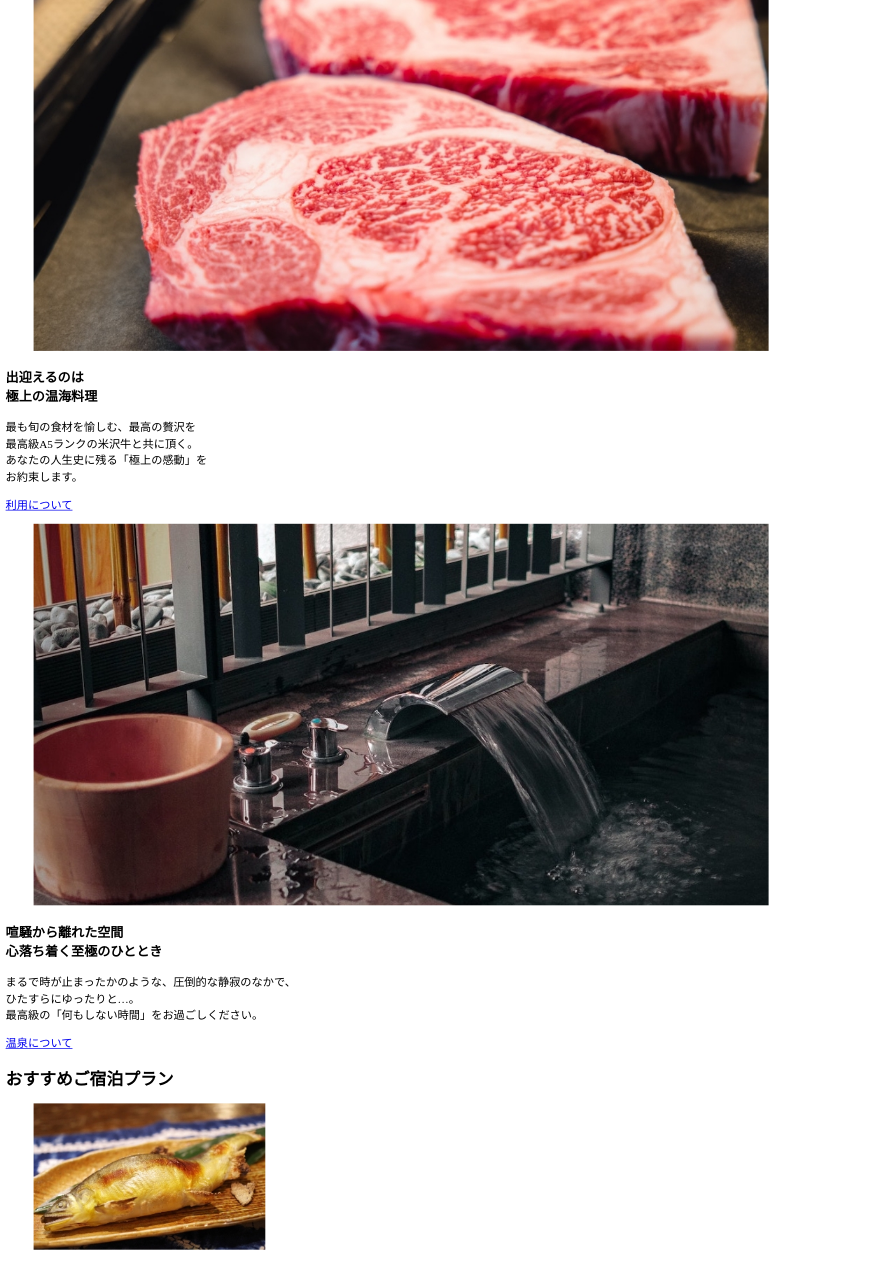
Repository: yuukiyokoyama/compex1
Page: index.html
The author's editor kept a copy of each file at every save. The page is drawn from the files as they stood at one save, then again after the next save.
The browser window is 1280 px wide. The pictures show the part of the page from y = 1836 to 3756 px (the page is 3641 px tall before and 3756 px after), at 70% of full size.

Above is the page before, as saved 2021-09-17 00:41:44.

After the next save:
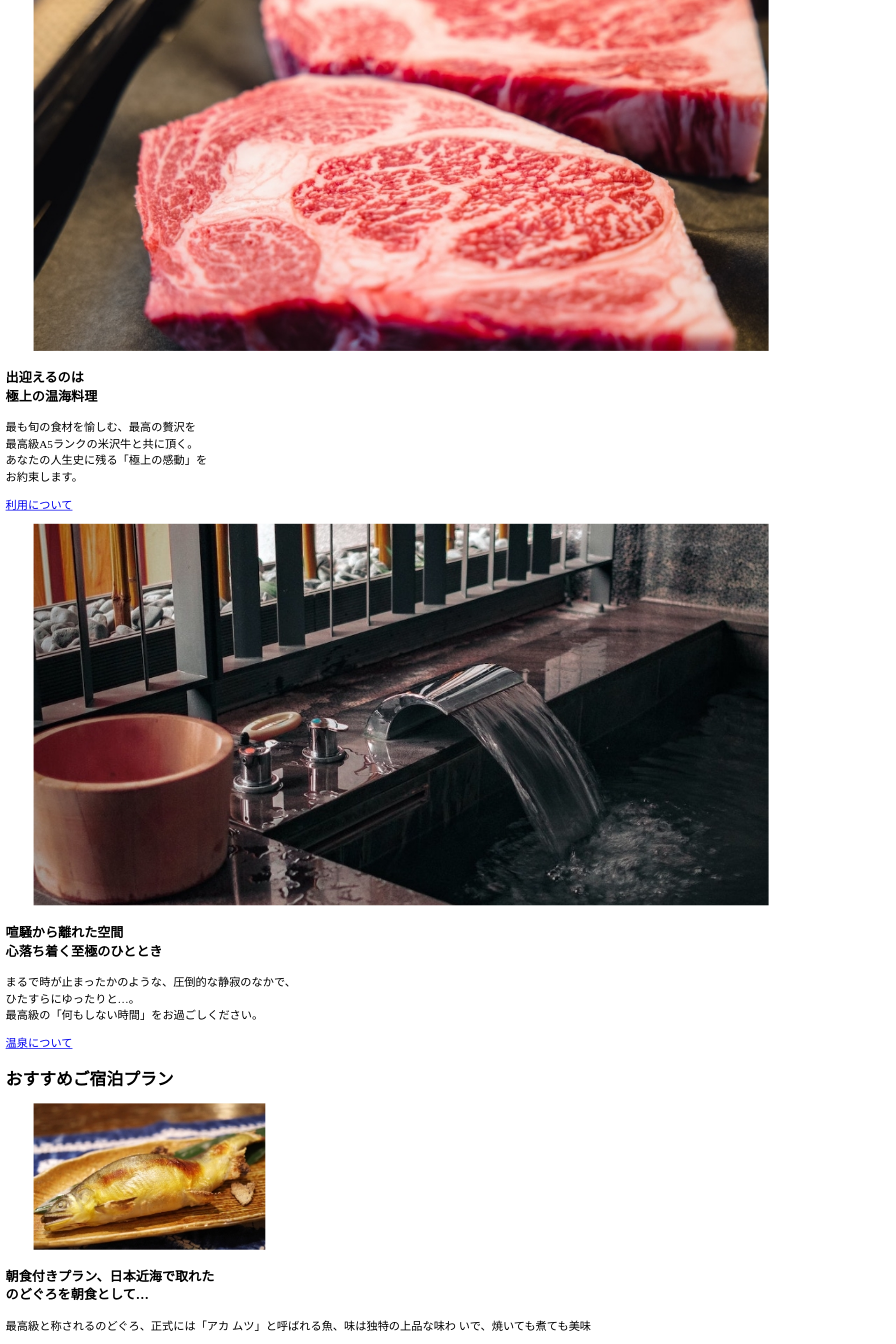
Saved 19 min 47 s later.
--- a/index.html
+++ b/index.html
@@ -242,6 +242,20 @@
                 >
                   <img src="images/recommended01.jpg" alt="朝食付きプラン" />
                 </figure>
+                <div
+                  class="lodging-plan__body aos-init"
+                  data-aos="fade-up"
+                  data-aos-duration="2000"
+                >
+                  <h3 class="lodging-plan__title">
+                    朝食付きプラン、日本近海で取れた<br />
+                    のどぐろを朝食として…
+                  </h3>
+                  <p class="lodging-plan__text">
+                    最高級と称されるのどぐろ、正式には「アカ
+                    ムツ」と呼ばれる魚、味は独特の上品な味わ いで、焼いても煮ても美味
+                  </p>
+                </div>
               </div>
               <!-- lodging-plans_item -->
               <div class="lodging-plans_item"></div>
